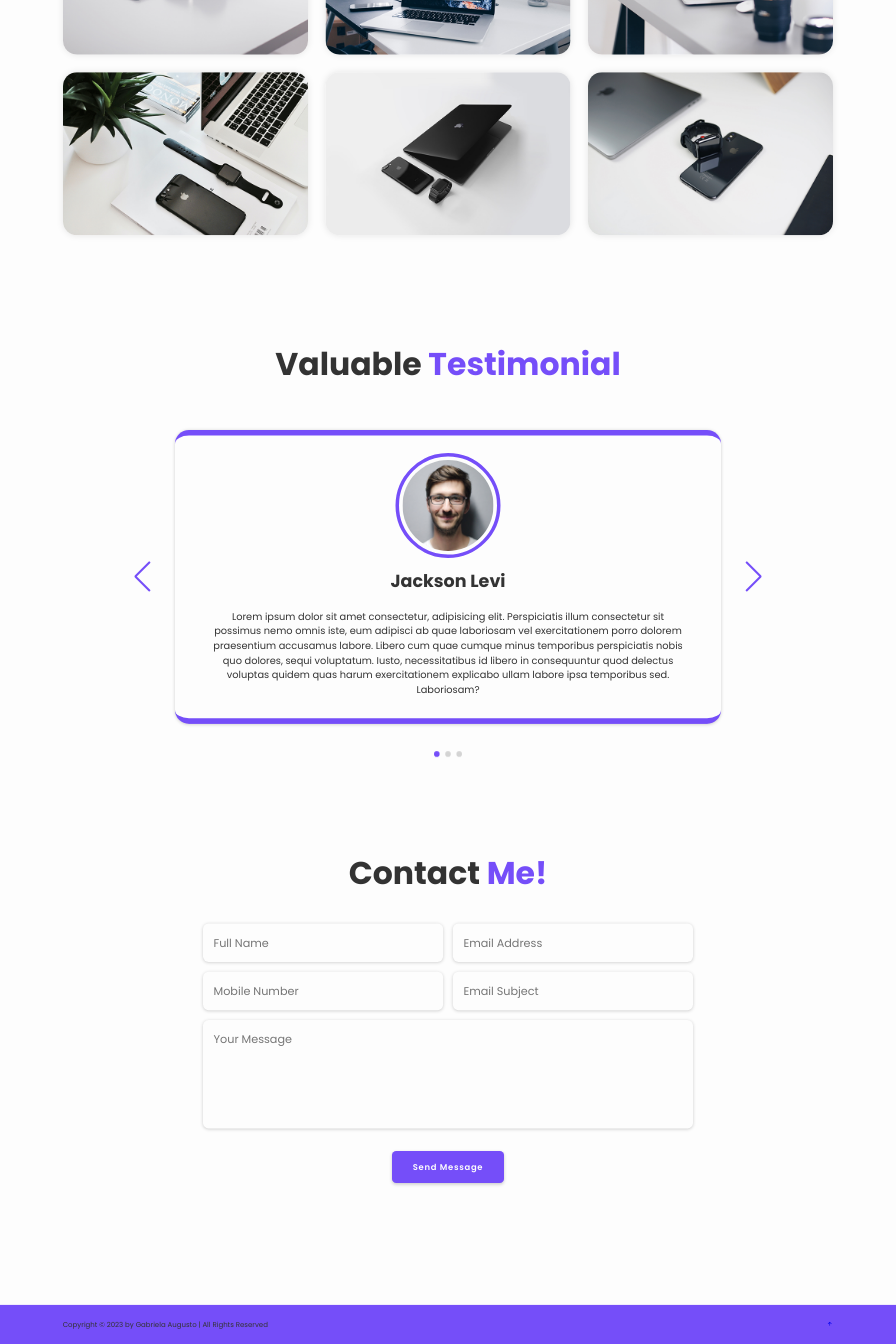
Repository: Gabi-Augusto/Portfolio
Page: index.html
These files come from the project's save history. The page is drawn as it stood at one moment and after the next save; the edit follows.
The browser window is 1280 px wide. The pictures show the part of the page from y = 2473 to 4393 px (the page is 4393 px tall), at 70% of full size.

Above is the page before, as saved 2023-11-29 21:13:48.

After the next save:
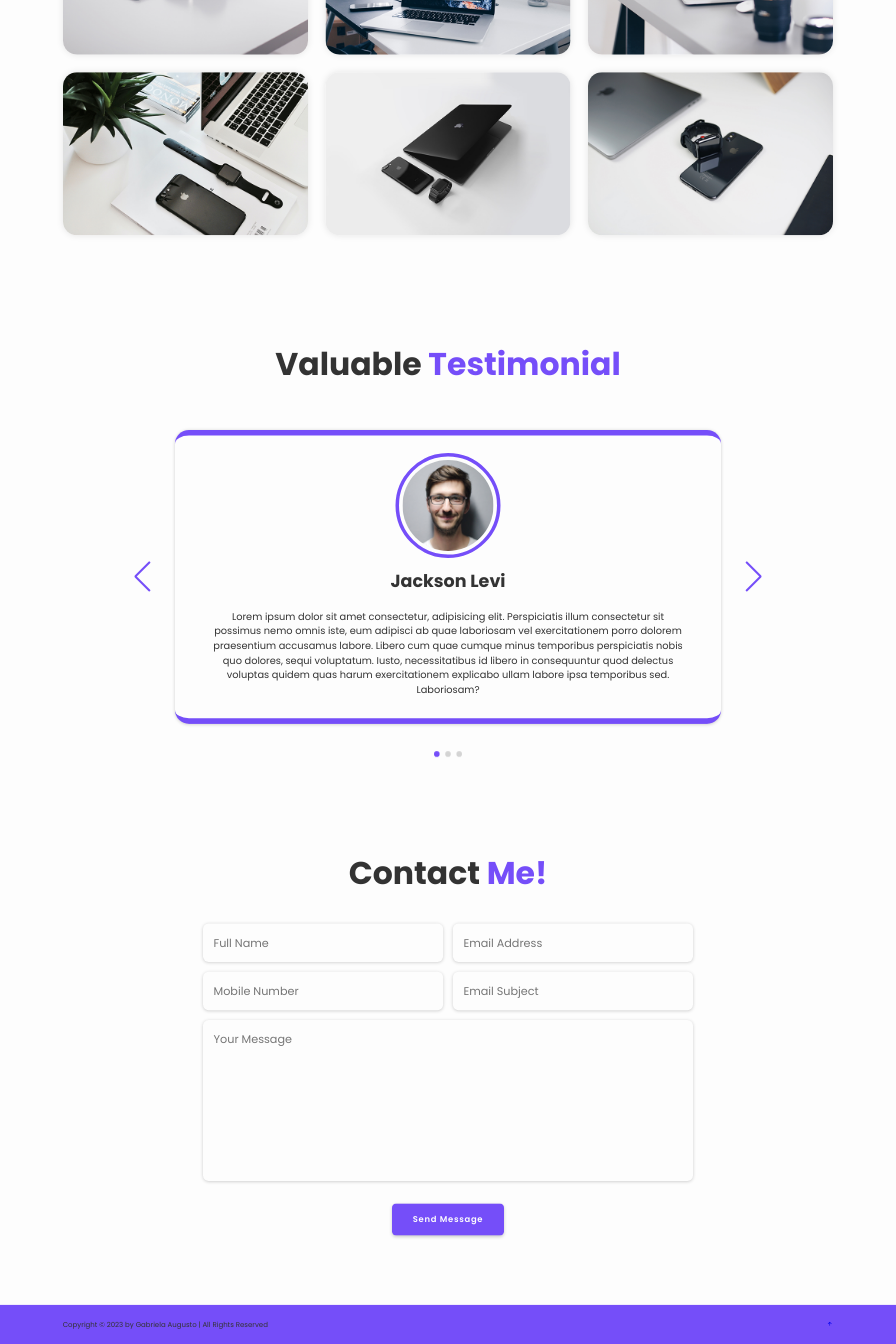
Saved 5 s later.
--- a/index.html
+++ b/index.html
@@ -239,7 +239,7 @@
                 <input type="number" placeholder="Mobile Number">
                 <input type="text" placeholder="Email Subject">
             </div>
-            <textarea name="" id="" cols="30" rows="5" placeholder="Your Message"></textarea>
+            <textarea name="" id="" cols="30" rows="8" placeholder="Your Message"></textarea>
             <input type="submit" value="Send Message" class="btn">
         </form>
     </section>
